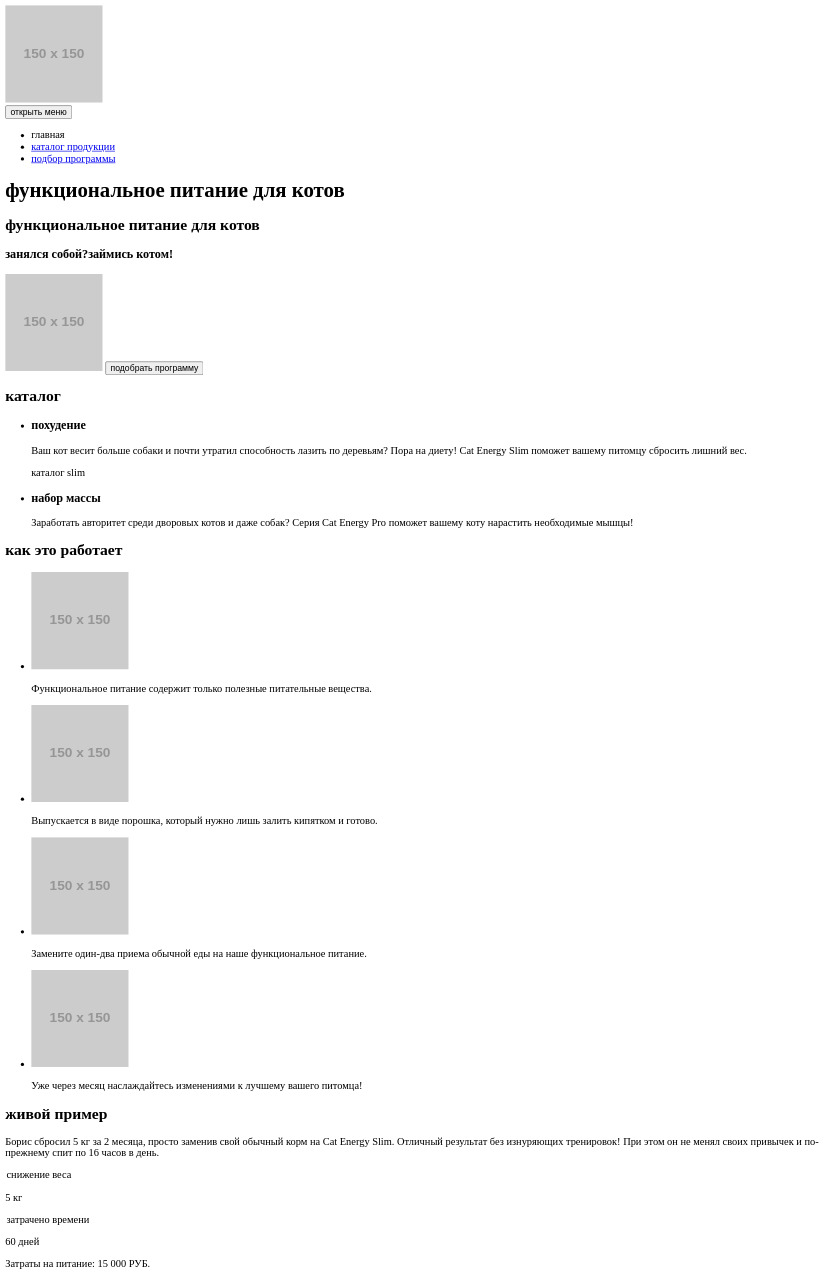
Repository: svetlana2885/1411135-cat-energy-20
Page: source/index.html
The author's editor kept a copy of each file at every save. The page is drawn from the files as they stood at one save, then again after the next save.
The browser window is 1280 px wide. The pictures show the whole page, at 65% of full size.

Above is the page before, as saved 2020-07-18 21:01:06.

After the next save:
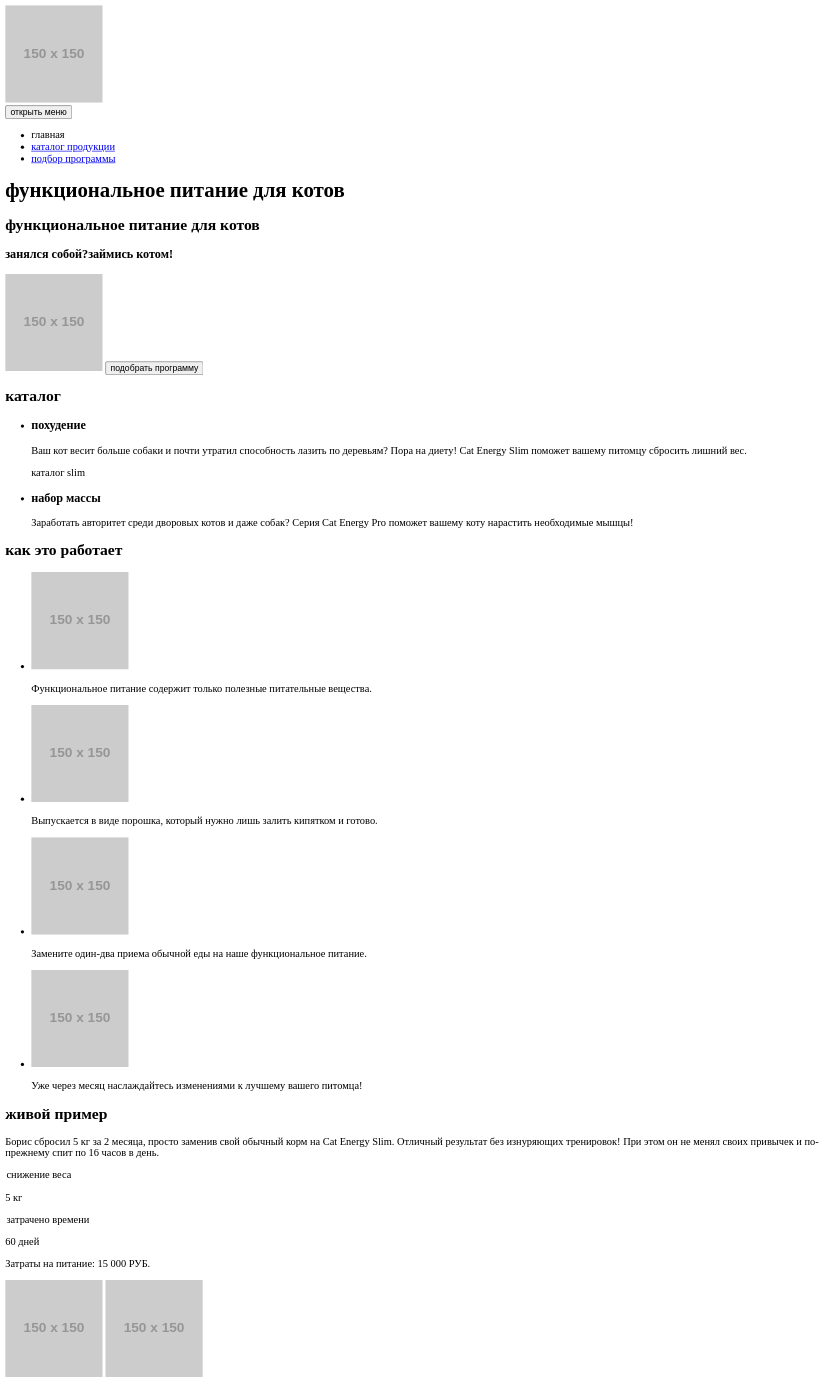
Saved 6 min 17 s later.
--- a/source/index.html
+++ b/source/index.html
@@ -95,7 +95,9 @@
         <p class="slogan__text">5 кг</p>
         <legend>затрачено времени</legend>
         <p class="slogan__text">60 дней</p>
-        <p class="slogan-subtitle">Затраты на питание: 15 000 РУБ.</p>
+        <p class="sloga__subtitle">Затраты на питание: 15 000 РУБ.</p>
+        <img class="sampl__img__fat" src="rc=https://via.placeholder.com/150x150" />
+        <img class="sample__img__slim" src="rc=https://via.placeholder.com/150x150" />
       </section>
     </main>
   </body>
